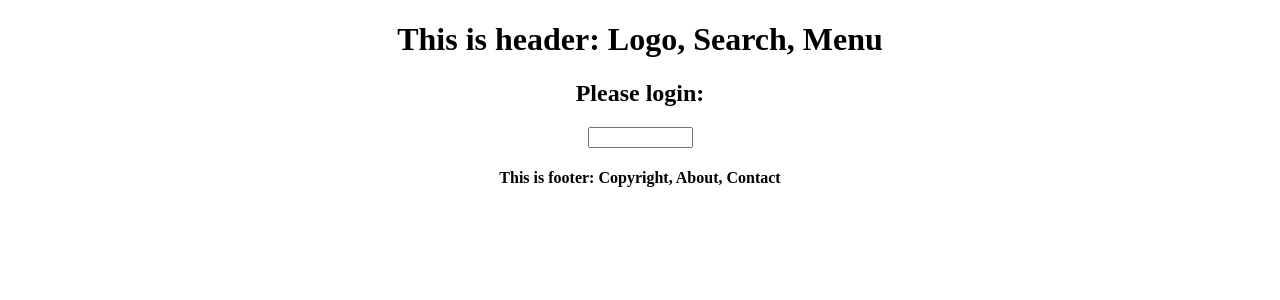
Repository: janvi2502/BookStore
Page: http://localhost/BookStoreWebsite/frontend/login.jsp
These files come from the project's save history. The page is drawn as it stood at one moment and after the next save; the edit follows.
The browser window is 1280 px wide. The pictures show the whole page.
The page is served by Tomcat 10.

Above is the page before, as saved 2023-10-18 13:44:07.

After the next save:
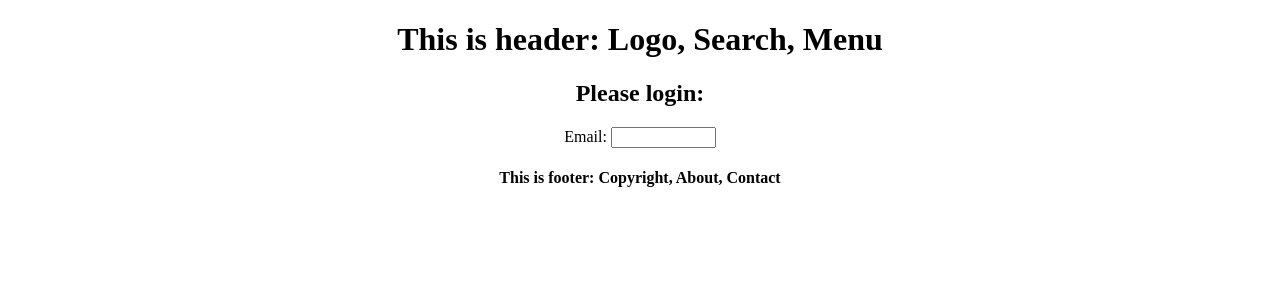
Saved 17 s later.
--- a/BookStoreWebsite/WebContent/frontend/login.jsp
+++ b/BookStoreWebsite/WebContent/frontend/login.jsp
@@ -14,7 +14,7 @@
 	<div align="center">
 		<h2>Please login:</h2>
 		<form action="">
-			<input type="text" size="10">
+			Email: <input type="text" size="10"><br/>
 		</form>
 	</div>
 
